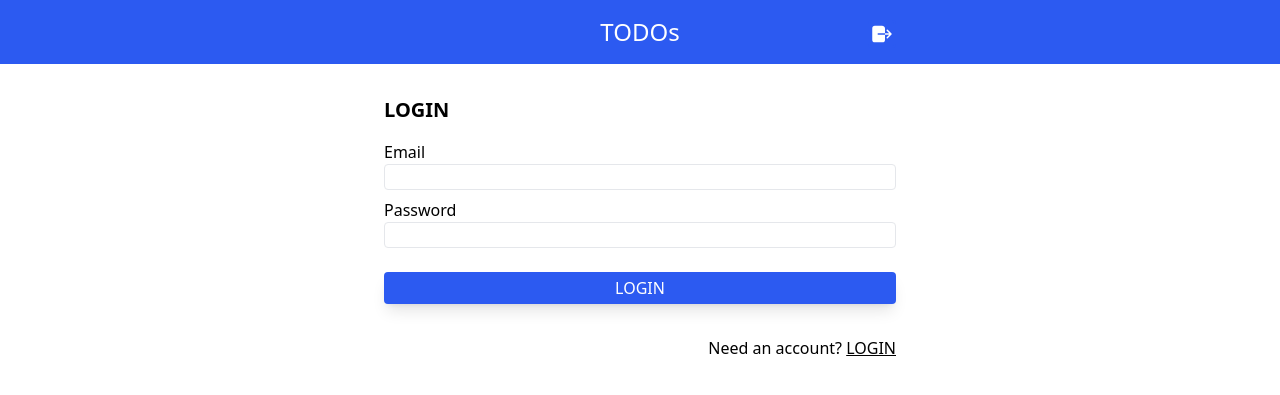
Repository: Jay-JYKim91/wanted-pre-onboarding-challenge-fe-1
Page: /auth
The author's editor kept a copy of each file at every save. The page is drawn from the files as they stood at one save, then again after the next save.
The browser window is 1280 px wide. The pictures show the whole page.
The page's requests for data from a server got no answer. The project was rebuilt for these pictures with package versions that can differ from the ones it lists, and the page was loaded fresh each time. No one was signed in, and anything a server would have sent is missing. Also part of the build but not shown: src/page/Main.tsx.

Above is the page before, as saved 2022-08-10 15:05:39.

After the next save:
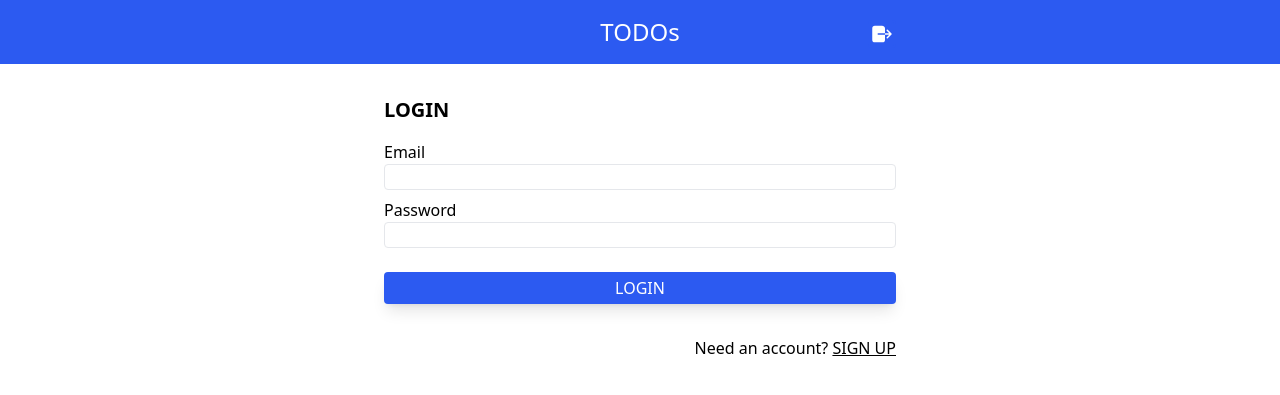
Saved 34 s later.
--- a/src/page/Auth.tsx
+++ b/src/page/Auth.tsx
@@ -18,7 +18,7 @@ const Message = ({ onClick, currentStatus }: messageComponentProps) => {
     <p className="text-right">
       {currentStatus === "logIn" ? "Need an account? " : "Already a user? "}
       <button type="button" className="underline uppercase" onClick={onClick}>
-        {currentStatus}
+        {currentStatus === "logIn" ? "SIGN UP" : "LOGIN"}
       </button>
     </p>
   )
